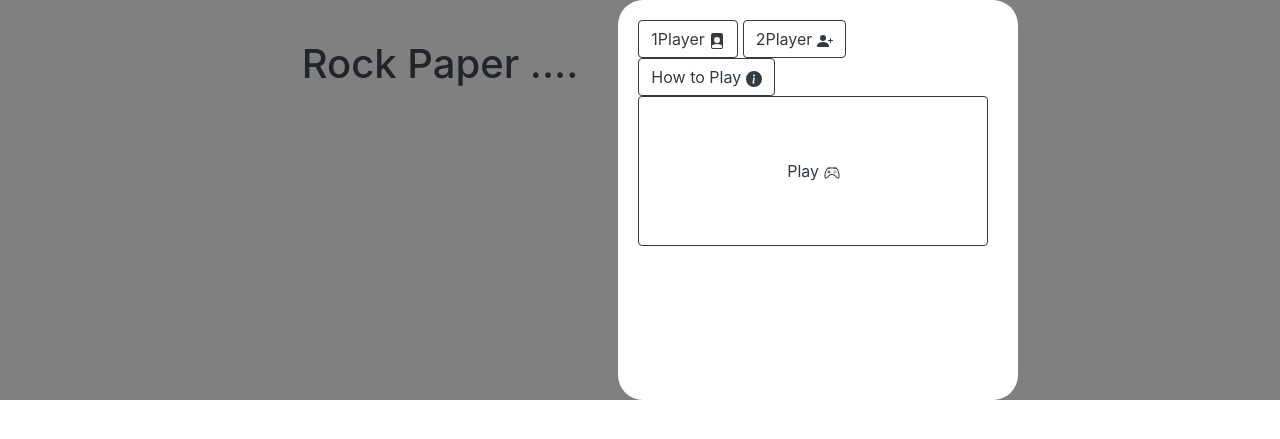
Repository: hossamsulleman1/Colllege-rock-paper-game
Page: index.html
The author's editor kept a copy of each file at every save. The page is drawn from the files as they stood at one save, then again after a run of saves.
The browser window is 1280 px wide. The pictures show the whole page.

Above is the page before, as saved 2020-09-15 10:43:22.
Console error: SyntaxError: Unexpected token '<'

### index.html
<!DOCTYPE html>
<html lang="en">
<head>
    <script src="index.js"></script>
    <link rel="stylesheet" href="index.css">

    <meta charset="UTF-8">
    <meta name="viewport" content="width=device-width, initial-scale=1.0">
    <title>Rock Paper...</title>
</head>
<body>
   <div class="wall">
      <h1 style="padding: 40px; text-align: center;">Rock Paper .... </h1>
    <div class="mainCard">
<button class="btn btn-outline-dark">
    1Player
    <svg width="1em" height="1em" viewBox="0 0 16 16" class="bi bi-file-person-fill" fill="currentColor" xmlns="http://www.w3.org/2000/svg">
        <path fill-rule="evenodd" d="M12 0H4a2 2 0 0 0-2 2v12a2 2 0 0 0 2 2h8a2 2 0 0 0 2-2V2a2 2 0 0 0-2-2zm-1 7a3 3 0 1 1-6 0 3 3 0 0 1 6 0zm-3 4c2.623 0 4.146.826 5 1.755V14a1 1 0 0 1-1 1H4a1 1 0 0 1-1-1v-1.245C3.854 11.825 5.377 11 8 11z"/>
      </svg>
</button>
<button class="btn btn-outline-dark">
    2Player
    <svg width="1em" height="1em" viewBox="0 0 16 16" class="bi bi-person-plus-fill" fill="currentColor" xmlns="http://www.w3.org/2000/svg">
        <path fill-rule="evenodd" d="M1 14s-1 0-1-1 1-4 6-4 6 3 6 4-1 1-1 1H1zm5-6a3 3 0 1 0 0-6 3 3 0 0 0 0 6zm7.5-3a.5.5 0 0 1 .5.5V7h1.5a.5.5 0 0 1 0 1H14v1.5a.5.5 0 0 1-1 0V8h-1.5a.5.5 0 0 1 0-1H13V5.5a.5.5 0 0 1 .5-.5z"/>
      </svg>
</button>
<br>
<button class="btn btn-outline-dark" onclick="howToPlay()">
    How to Play
    <svg width="1em" height="1em" viewBox="0 0 16 16" class="bi bi-info-circle-fill" fill="currentColor" xmlns="http://www.w3.org/2000/svg">
        <path fill-rule="evenodd" d="M8 16A8 8 0 1 0 8 0a8 8 0 0 0 0 16zm.93-9.412l-2.29.287-.082.38.45.083c.294.07.352.176.288.469l-.738 3.468c-.194.897.105 1.319.808 1.319.545 0 1.178-.252 1.465-.598l.088-.416c-.2.176-.492.246-.686.246-.275 0-.375-.193-.304-.533L8.93 6.588zM8 5.5a1 1 0 1 0 0-2 1 1 0 0 0 0 2z"/>
      </svg>
</button>
<br>
<button style="width: 350px; height: 150px;" class="btn btn-outline-dark" onclick="goToGame()">
    Play
    <svg width="1em" height="1em" viewBox="0 0 16 16" class="bi bi-controller" fill="currentColor" xmlns="http://www.w3.org/2000/svg">
        <path fill-rule="evenodd" d="M11.119 2.693c.904.19 1.75.495 2.235.98.407.408.779 1.05 1.094 1.772.32.733.599 1.591.805 2.466.206.875.34 1.78.364 2.606.024.815-.059 1.602-.328 2.21a1.42 1.42 0 0 1-1.445.83c-.636-.067-1.115-.394-1.513-.773a11.307 11.307 0 0 1-.739-.809c-.126-.147-.25-.291-.368-.422-.728-.804-1.597-1.527-3.224-1.527-1.627 0-2.496.723-3.224 1.527-.119.131-.242.275-.368.422-.243.283-.494.576-.739.81-.398.378-.877.705-1.513.772a1.42 1.42 0 0 1-1.445-.83c-.27-.608-.352-1.395-.329-2.21.024-.826.16-1.73.365-2.606.206-.875.486-1.733.805-2.466.315-.722.687-1.364 1.094-1.772.486-.485 1.331-.79 2.235-.98.932-.196 2.03-.292 3.119-.292 1.089 0 2.187.096 3.119.292zm-6.032.979c-.877.185-1.469.443-1.733.708-.276.276-.587.783-.885 1.465a13.748 13.748 0 0 0-.748 2.295 12.351 12.351 0 0 0-.339 2.406c-.022.755.062 1.368.243 1.776a.42.42 0 0 0 .426.24c.327-.034.61-.199.929-.502.212-.202.4-.423.615-.674.133-.156.276-.323.44-.505C4.861 9.97 5.978 9.026 8 9.026s3.139.943 3.965 1.855c.164.182.307.35.44.505.214.25.403.472.615.674.318.303.601.468.929.503a.42.42 0 0 0 .426-.241c.18-.408.265-1.02.243-1.776a12.354 12.354 0 0 0-.339-2.406 13.753 13.753 0 0 0-.748-2.295c-.298-.682-.61-1.19-.885-1.465-.264-.265-.856-.523-1.733-.708-.85-.179-1.877-.27-2.913-.27-1.036 0-2.063.091-2.913.27z"/>
        <path d="M11.5 6.026a.5.5 0 1 1-1 0 .5.5 0 0 1 1 0zm-1 1a.5.5 0 1 1-1 0 .5.5 0 0 1 1 0zm2 0a.5.5 0 1 1-1 0 .5.5 0 0 1 1 0zm-1 1a.5.5 0 1 1-1 0 .5.5 0 0 1 1 0zm-7-2.5h1v3h-1v-3z"/>
        <path d="M3.5 6.526h3v1h-3v-1zM3.051 3.26a.5.5 0 0 1 .354-.613l1.932-.518a.5.5 0 0 1 .258.966l-1.932.518a.5.5 0 0 1-.612-.354zm9.976 0a.5.5 0 0 0-.353-.613l-1.932-.518a.5.5 0 1 0-.259.966l1.932.518a.5.5 0 0 0 .612-.354z"/>
      </svg>
</button>

</div>

   </div>


<!-- scripts -->
<!-- CSS only -->
<link rel="stylesheet" href="https://stackpath.bootstrapcdn.com/bootstrap/4.5.2/css/bootstrap.min.css" integrity="sha384-JcKb8q3iqJ61gNV9KGb8thSsNjpSL0n8PARn9HuZOnIxN0hoP+VmmDGMN5t9UJ0Z" crossorigin="anonymous">

<!-- JS, Popper.js, and jQuery -->
<script src="https://code.jquery.com/jquery-3.5.1.slim.min.js" integrity="sha384-DfXdz2htPH0lsSSs5nCTpuj/zy4C+OGpamoFVy38MVBnE+IbbVYUew+OrCXaRkfj" crossorigin="anonymous"></script>
<script src="https://cdn.jsdelivr.net/npm/popper.js@1.16.1/dist/umd/popper.min.js" integrity="sha384-9/reFTGAW83EW2RDu2S0VKaIzap3H66lZH81PoYlFhbGU+6BZp6G7niu735Sk7lN" crossorigin="anonymous"></script>
<script src="https://stackpath.bootstrapcdn.com/bootstrap/4.5.2/js/bootstrap.min.js" integrity="sha384-B4gt1jrGC7Jh4AgTPSdUtOBvfO8shuf57BaghqFfPlYxofvL8/KUEfYiJOMMV+rV" crossorigin="anonymous"></script>

</body>
</html>

### index.js
var randomNumber = null;
var P1Selection = null;
var P2Selection = null;
var compSelection = null;
var compSelectionSVG = null;
var outcome = null;

const Rock = 1;
const Paper = 2;
const Scissors = 3;

function randomNumberGen() {
   randomNumber = Math.ceil(Math.random() * 3);
compSelection = randomNumber;
console.log(compSelection + "comp Selection");
}

function howToPlay(){
 alert("click either rock paper or ... and confirm your selection once this is completed the second user will be able to place their selection then rumble!");
}


function compSelectionSvg() {
    if (compSelection = 1 ) {
        document.getElementById("mainCard").innerHTML =
        <div>
   <h1>Rocky Bot Chose</h1>
        <svg width="1em" height="1em" viewBox="0 0 16 16" class="bi bi-award-fill" fill="currentColor" xmlns="http://www.w3.org/2000/svg">
  <path d="M8 0l1.669.864 1.858.282.842 1.68 1.337 1.32L13.4 6l.306 1.854-1.337 1.32-.842 1.68-1.858.282L8 12l-1.669-.864-1.858-.282-.842-1.68-1.337-1.32L2.6 6l-.306-1.854 1.337-1.32.842-1.68L6.331.864 8 0z"/>
  <path d="M4 11.794V16l4-1 4 1v-4.206l-2.018.306L8 13.126 6.018 12.1 4 11.794z"/>
</svg>
        <p>you......</p>
        <h1 id="Win/Lose"></h1>
        </div>

        ;

    }
    if (compSelection = 2 ) {
        document.getElementById("mainCard").innerHTML =
        <div>
    <h1>Rocky Bot Chose</h1>
        <svg width="1em" height="1em" viewBox="0 0 16 16" class="bi bi-box-seam" fill="currentColor" xmlns="http://www.w3.org/2000/svg">
  <path fill-rule="evenodd" d="M8.186 1.113a.5.5 0 0 0-.372 0L1.846 3.5l2.404.961L10.404 2l-2.218-.887zm3.564 1.426L5.596 5 8 5.961 14.154 3.5l-2.404-.961zm3.25 1.7l-6.5 2.6v7.922l6.5-2.6V4.24zM7.5 14.762V6.838L1 4.239v7.923l6.5 2.6zM7.443.184a1.5 1.5 0 0 1 1.114 0l7.129 2.852A.5.5 0 0 1 16 3.5v8.662a1 1 0 0 1-.629.928l-7.185 2.874a.5.5 0 0 1-.372 0L.63 13.09a1 1 0 0 1-.63-.928V3.5a.5.5 0 0 1 .314-.464L7.443.184z"/>
</svg>

        <p>you......</p>
        <h1 id="Win/Lose"></h1>
        </div>

        ;

    }
    if (compSelection = 3 ) {
        document.getElementById("mainCard").innerHTML =
        <div>
        <h1>Rocky Bot Chose</h1>
        <svg width="1em" height="1em" viewBox="0 0 16 16" class="bi bi-scissors" fill="currentColor" xmlns="http://www.w3.org/2000/svg">
  <path fill-rule="evenodd" d="M3.5 3.5c-.614-.884-.074-1.962.858-2.5L8 7.226 11.642 1c.932.538 1.472 1.616.858 2.5L8.81 8.61l1.556 2.661a2.5 2.5 0 1 1-.794.637L8 9.73l-1.572 2.177a2.5 2.5 0 1 1-.794-.637L7.19 8.61 3.5 3.5zm2.5 10a1.5 1.5 0 1 1-3 0 1.5 1.5 0 0 1 3 0zm7 0a1.5 1.5 0 1 1-3 0 1.5 1.5 0 0 1 3 0z"/>
</svg>
        <p>you......</p>
        <h1 id="Win/Lose"></h1>
        </div>

        ;

    }
    Calculation()
document.getElementById("Win/Loss").innerText = outcome;

}

function itemHierarchy(){



}

function goToGame() {
    window.location.replace("game.html");
}


function RockP1() {
    P1Selection = Rock
    console.log(P1Selection)
}

function PaperP1(){
    P1Selection = Paper
    console.log(P1Selection)
}

function  ScissorsP1() {
    P1Selection = Scissors
    console.log(P1Selection)
}

function Calculation() {

}

### index.css
.mainCard {
    border-radius: 25px;
    background: white;
    padding: 20px;
    width: 400px;
    height: 400px;


}

.wall {
    background-color: grey;
    display: flex;
    justify-content: center;
    height: auto;
    width: auto;
}

After the next 4 saves:
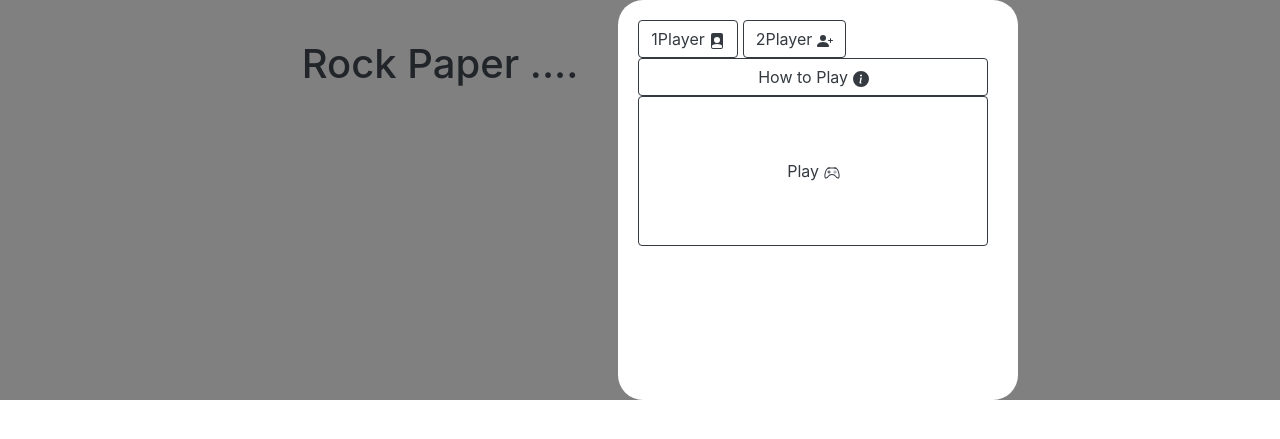
The 4 saves are shown as one change because they came seconds apart.
The last was saved 20 s later.
--- a/index.html
+++ b/index.html
@@ -25,7 +25,7 @@
       </svg>
 </button>
 <br>
-<button class="btn btn-outline-dark" onclick="howToPlay()">
+<button style="width: 350px;" class="btn btn-outline-dark" onclick="howToPlay()">
     How to Play
     <svg width="1em" height="1em" viewBox="0 0 16 16" class="bi bi-info-circle-fill" fill="currentColor" xmlns="http://www.w3.org/2000/svg">
         <path fill-rule="evenodd" d="M8 16A8 8 0 1 0 8 0a8 8 0 0 0 0 16zm.93-9.412l-2.29.287-.082.38.45.083c.294.07.352.176.288.469l-.738 3.468c-.194.897.105 1.319.808 1.319.545 0 1.178-.252 1.465-.598l.088-.416c-.2.176-.492.246-.686.246-.275 0-.375-.193-.304-.533L8.93 6.588zM8 5.5a1 1 0 1 0 0-2 1 1 0 0 0 0 2z"/>
